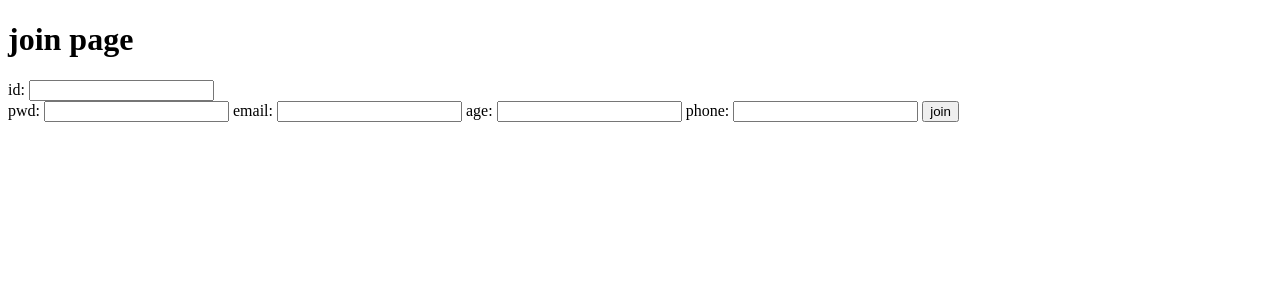
Repository: hwimi/2024-04-12-01
Page: http://localhost/jsp_study/member/join.jsp
An editor plug-in stored every save of this project. The page is shown before and after the next save, followed by the edit.
The browser window is 1280 px wide. The pictures show the whole page.
The page is served by Tomcat 9. Other server files are loaded and not shown.

Above is the page before, as saved 2024-04-15 03:05:09.

### jsp_study/src/main/webapp/member/join.jsp
<%@ page language="java" contentType="text/html; charset=UTF-8"
    pageEncoding="UTF-8"%>
<!DOCTYPE html>
<html>
<head>
<meta charset="UTF-8">
<title>Insert title here</title>
</head>
<body>
 <h1>join page</h1>
 <form action="/memb/register" method="post">
 id: <input type="text" name="id"><br>
 pwd: <input type="password" name="pwd">
 email: <input type="text" name="email">
 age: <input type="text" name="age">
 phone: <input type="text" name="phone">
 <button type="submit">join</button>
 </form>
</body>
</html>

After the next save:
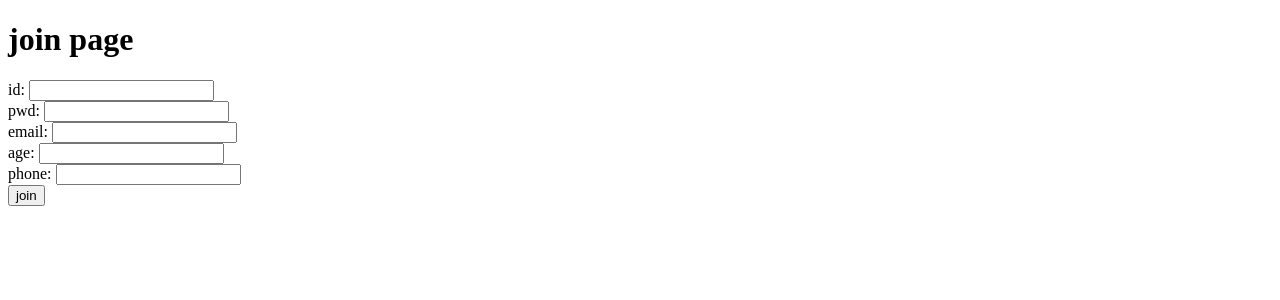
Saved 4 s later.
--- a/jsp_study/src/main/webapp/member/join.jsp
+++ b/jsp_study/src/main/webapp/member/join.jsp
@@ -10,10 +10,10 @@
  <h1>join page</h1>
  <form action="/memb/register" method="post">
  id: <input type="text" name="id"><br>
- pwd: <input type="password" name="pwd">
- email: <input type="text" name="email">
- age: <input type="text" name="age">
- phone: <input type="text" name="phone">
+ pwd: <input type="password" name="pwd"><br>
+ email: <input type="text" name="email"><br>
+ age: <input type="text" name="age"><br>
+ phone: <input type="text" name="phone"><br>
  <button type="submit">join</button>
  </form>
 </body>
